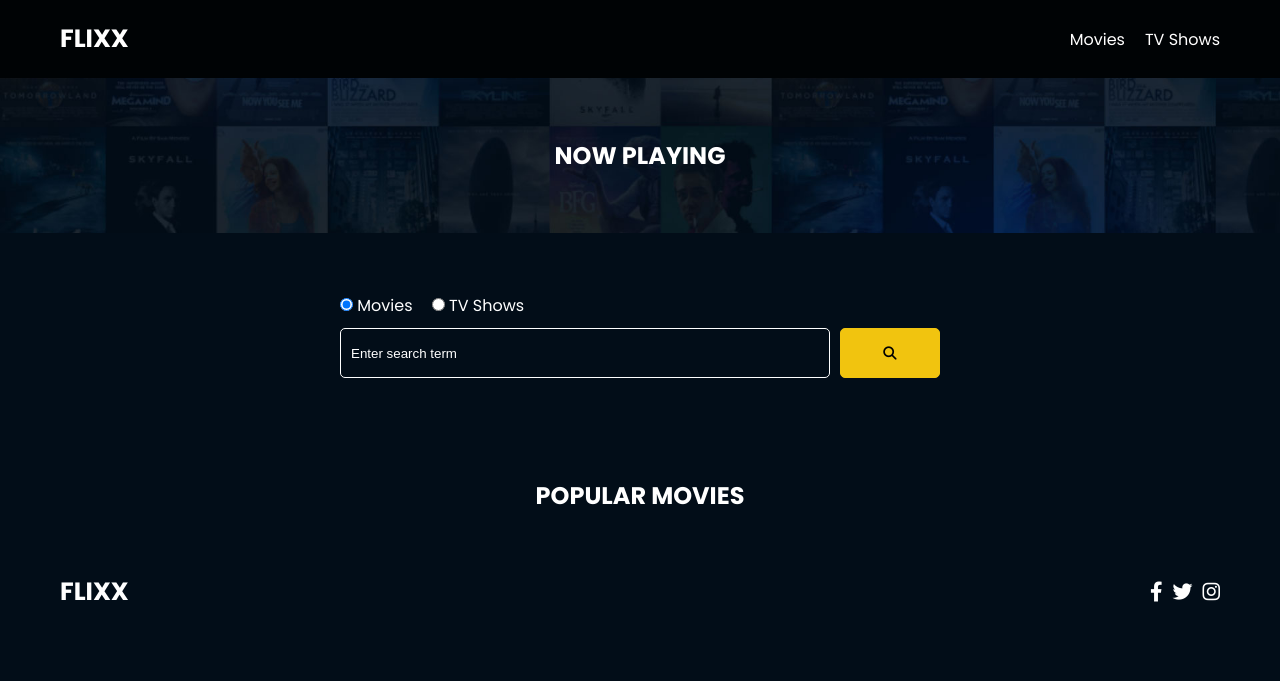
Repository: Fariadd/Vanilla-JS
Page: index.html
The author's editor kept a copy of each file at every save. The page is drawn from the files as they stood at one save, then again after a run of saves.
The browser window is 1280 px wide. The pictures show the whole page.
The page's requests for data from a server got no answer.

Above is the page before, as saved 2024-09-27 23:59:02.

### index.html
<!DOCTYPE html>
<html lang="en">
  <head>
    <meta charset="UTF-8" />
    <meta http-equiv="X-UA-Compatible" content="IE=edge" />
    <meta name="viewport" content="width=device-width, initial-scale=1.0" />
    <link rel="preconnect" href="https://fonts.googleapis.com" />
    <link rel="preconnect" href="https://fonts.gstatic.com" crossorigin />
    <link
      href="https://fonts.googleapis.com/css2?family=Poppins:wght@300;400;700&display=swap"
      rel="stylesheet"
    />
    <link rel="stylesheet" href="lib/swiper.css" />
    <link rel="stylesheet" href="lib/fontawesome.css" />
    <link rel="stylesheet" href="css/style.css" />
    <link rel="stylesheet" href="css/spinner.css" />
    <script src="lib/swiper.js"></script>
    <script src="js/script.js" defer></script>
    <title>Flixx</title>
  </head>
  <body>
    <header class="main-header">
      <div class="container">
        <div class="logo"><a href="/">FLIXX</a></div>
        <nav>
          <ul>
            <li>
              <a class="nav-link" href="/">Movies</a>
            </li>
            <li>
              <a class="nav-link" href="/shows.html">TV Shows</a>
            </li>
          </ul>
        </nav>
      </div>
    </header>

    <!-- Now Playing Section -->
    <section class="now-playing">
      <h2>Now Playing</h2>
      <div class="swiper">
        <div class="swiper-wrapper"></div>
      </div>
    </section>

    <!-- Search Movies -->
    <section class="search">
      <div class="container">
        <div id="alert"></div>
        <form action="/search.html" class="search-form">
          <!-- movies and shows radio box -->
          <div class="search-radio">
            <input type="radio" id="movie" name="type" value="movie" checked />
            <label for="movies">Movies</label>
            <input type="radio" id="tv" name="type" value="tv" />
            <label for="shows">TV Shows</label>
          </div>
          <div class="search-flex">
            <input
              type="text"
              name="search-term"
              id="search-term"
              placeholder="Enter search term"
            />
            <button class="btn" type="submit">
              <i class="fas fa-search"></i>
            </button>
          </div>
        </form>
      </div>
    </section>

    <!-- Popular Movies -->
    <section class="container">
      <h2>Popular Movies</h2>
      <div id="popular-movies" class="grid"></div>
    </section>

    <!-- Footer -->
    <footer class="main-footer">
      <div class="container">
        <div class="logo"><span>FLIXX</span></div>
        <div class="social-links">
          <a href="https://www.facebook.com" target="_blank"
            ><i class="fab fa-facebook-f"></i
          ></a>
          <a href="https://www.twitter.com" target="_blank"
            ><i class="fab fa-twitter"></i
          ></a>
          <a href="https://www.instagram.com" target="_blank"
            ><i class="fab fa-instagram"></i
          ></a>
        </div>
      </div>
    </footer>

    <div class="spinner"></div>
  </body>
</html>

### css/style.css
*,
*::before,
*::after {
  box-sizing: border-box;
  padding: 0;
  margin: 0;
}

:root {
  --color-primary: #020d18;
  --color-secondary: #f1c40f;
}

body {
  font-family: 'Poppins', sans-serif;
  font-size: 16px;
  background: var(--color-primary);
  color: #fff;
  overflow-x: hidden;
}

a {
  color: #fff;
  text-decoration: none;
}

ul {
  list-style: none;
}

.text-primary {
  color: var(--color-secondary);
}

.text-secondary {
  color: var(--color-secondary);
}

.active {
  color: var(--color-secondary);
  font-weight: 700;
}

.back {
  margin-top: 30px;
}

.btn {
  display: inline-block;
  padding: 0.5rem 1rem;
  border: 1px solid var(--color-secondary);
  border-radius: 5px;
  color: #fff;
  cursor: pointer;
  background: transparent;
  transition: all 0.3s ease-in-out;
}

.btn:hover {
  background: var(--color-secondary);
  color: #000;
}

.btn:disabled {
  border-color: #ccc;
  cursor: not-allowed;
}

.btn:disabled:hover {
  background: transparent;
  color: #fff;
}

.container {
  max-width: 1200px;
  width: 100%;
  margin: 0 auto;
  padding: 0 20px;
}

.main-header .container {
  display: flex;
  justify-content: space-between;
  align-items: center;
  padding: 0 20px;
}

.main-header {
  padding: 20px 0;
  background: rgba(0, 0, 0, 0.8);
}

.main-header .logo {
  color: #fff;
  font-size: 25px;
  font-weight: 700;
  text-transform: uppercase;
}

.main-header ul {
  display: flex;
}

.main-header ul li {
  margin-left: 20px;
}

.main-header ul li a {
  font-size: 16px;
}

.main-header ul li a:hover {
  color: var(--color-secondary);
}

/* Grid */
.grid {
  display: grid;
  grid-template-columns: repeat(auto-fit, minmax(250px, 1fr));
  grid-gap: 20px;
}

/* Card */
.card {
  background: #04376b;
  padding: 5px;
}

.card img {
  width: 100%;
}

.card-body {
  padding: 10px;
  font-size: 20px;
}

.card:hover {
  transform: scale(1.05);
  transition: all 0.5s ease-in-out;
  background: #0a4b8f;
}

/* Footer */
.main-footer {
  background: #020d18;
  padding: 20px 0;
  margin-top: 20px;
}

.main-footer .container {
  display: flex;
  justify-content: space-between;
  align-items: center;
}
.main-footer .container .logo {
  color: #fff;
  font-size: 25px;
  font-weight: 700;
  text-transform: uppercase;
}

.main-footer .container .social-links {
  display: flex;
  font-size: 20px;
}

.main-footer .container .social-links a {
  margin-left: 10px;
  color: #fff;
}

.main-footer .container .social-links a:hover {
  color: var(--color-secondary);
}

/* Section: Now Playing */

section.now-playing {
  padding: 40px;
  background: url(../images/showcase-bg.jpg) no-repeat center center/cover;
}

section h2 {
  margin: 20px 0;
  text-align: center;
  text-transform: uppercase;
}

/* Slider */
.swiper {

  width: 100%;
  height: 50%;
}

.swiper-slide {
  text-align: center;
  font-size: 18px;
  background: var(--color-primary);
  display: flex;
  flex-direction: column;
  justify-content: center;
  align-items: center;
}

.swiper-slide img {
  display: block;
  width: 100%;
  height: 100%;
  object-fit: cover;
}

.swiper-rating {
  padding: 10px;
}

/* Movie Details */
.details-top {
  display: flex;
  justify-content: space-between;
  align-items: center;
  margin: 50px 0 30px;
}

.details-top img {
  width: 400px;
  height: 100%;
  margin-right: 60px;
  object-fit: cover;
}

.details-top p {
  margin: 20px 0;
}

.details-top .btn {
  margin-top: 20px;
}

.details-bottom li {
  margin: 15px 0;
  padding-bottom: 8px;
  border-bottom: 1px solid #fff;
  border-color: rgba(255, 255, 255, 0.1);
}

/* Search */
.search {
  padding: 60px;
  margin-bottom: 40px;
}

.search .container {
  display: flex;
  justify-content: center;
  align-items: center;
  flex-direction: column;
}

.search .container h2 {
  margin-bottom: 20px;
}

.search .container form {
  width: 100%;
  max-width: 600px;
}

.search-radio label {
  margin-right: 15px;
}

.search-flex {
  display: flex;
  justify-content: space-between;
  align-items: center;
  margin-top: 10px;
}

.search .container form input[type='text'] {
  flex: 6;
  width: 100%;
  height: 50px;
  padding: 10px;
  margin-right: 10px;
  border: 1px solid #fff;
  border-radius: 5px;
  background: transparent;
  color: #fff;
}

.search .container form input[type='text']::placeholder {
  color: #fff;
}

.search .container form input[type='text']:focus {
  outline: none;
}

.search .container form button {
  flex: 1;
  display: block;
  width: 100%;
  padding: 10px;
  border-radius: 5px;
  height: 50px;
  cursor: pointer;
  background: var(--color-secondary);
  color: #000;
}

.search .container form button:hover {
  background: transparent;
  color: #fff;
}

.pagination {
  margin-top: 20px;
}

.page-counter {
  margin-top: 10px;
}

/* Alert */
.alert {
  background: red;
  padding: 10px 20px;
  margin-bottom: 20px;
  border-radius: 5px;
}

.alert-success {
  background: green;
}

.alert-error {
  background: red;
}

### css/spinner.css
/* Spinner From: https://codepen.io/tbrownvisuals/pen/edGYvx */
.spinner {
  position: fixed;
  z-index: 999;
  height: 2em;
  width: 2em;
  overflow: show;
  margin: auto;
  top: 0;
  left: 0;
  bottom: 0;
  right: 0;
  display: none;
}

.show {
  display: block;
}

/* Transparent Overlay */
.spinner:before {
  content: '';
  display: block;
  position: fixed;
  top: 0;
  left: 0;
  width: 100%;
  height: 100%;
  background: radial-gradient(rgba(20, 20, 20, 0.8), rgba(0, 0, 0, 0.8));

  background: -webkit-radial-gradient(
    rgba(20, 20, 20, 0.8),
    rgba(0, 0, 0, 0.8)
  );
}

/* :not(:required) hides these rules from IE9 and below */
.spinner:not(:required) {
  /* hide "loading..." text */
  font: 0/0 a;
  color: transparent;
  text-shadow: none;
  background-color: transparent;
  border: 0;
}

.spinner:not(:required):after {
  content: '';
  display: block;
  font-size: 10px;
  width: 1em;
  height: 1em;
  margin-top: -0.5em;
  -webkit-animation: spinner 150ms infinite linear;
  -moz-animation: spinner 150ms infinite linear;
  -ms-animation: spinner 150ms infinite linear;
  -o-animation: spinner 150ms infinite linear;
  animation: spinner 150ms infinite linear;
  border-radius: 0.5em;
  -webkit-box-shadow: rgba(255, 255, 255, 0.75) 1.5em 0 0 0,
    rgba(255, 255, 255, 0.75) 1.1em 1.1em 0 0,
    rgba(255, 255, 255, 0.75) 0 1.5em 0 0,
    rgba(255, 255, 255, 0.75) -1.1em 1.1em 0 0,
    rgba(255, 255, 255, 0.75) -1.5em 0 0 0,
    rgba(255, 255, 255, 0.75) -1.1em -1.1em 0 0,
    rgba(255, 255, 255, 0.75) 0 -1.5em 0 0,
    rgba(255, 255, 255, 0.75) 1.1em -1.1em 0 0;
  box-shadow: rgba(255, 255, 255, 0.75) 1.5em 0 0 0,
    rgba(255, 255, 255, 0.75) 1.1em 1.1em 0 0,
    rgba(255, 255, 255, 0.75) 0 1.5em 0 0,
    rgba(255, 255, 255, 0.75) -1.1em 1.1em 0 0,
    rgba(255, 255, 255, 0.75) -1.5em 0 0 0,
    rgba(255, 255, 255, 0.75) -1.1em -1.1em 0 0,
    rgba(255, 255, 255, 0.75) 0 -1.5em 0 0,
    rgba(255, 255, 255, 0.75) 1.1em -1.1em 0 0;
}

/* Animation */

@-webkit-keyframes spinner {
  0% {
    -webkit-transform: rotate(0deg);
    -moz-transform: rotate(0deg);
    -ms-transform: rotate(0deg);
    -o-transform: rotate(0deg);
    transform: rotate(0deg);
  }
  100% {
    -webkit-transform: rotate(360deg);
    -moz-transform: rotate(360deg);
    -ms-transform: rotate(360deg);
    -o-transform: rotate(360deg);
    transform: rotate(360deg);
  }
}
@-moz-keyframes spinner {
  0% {
    -webkit-transform: rotate(0deg);
    -moz-transform: rotate(0deg);
    -ms-transform: rotate(0deg);
    -o-transform: rotate(0deg);
    transform: rotate(0deg);
  }
  100% {
    -webkit-transform: rotate(360deg);
    -moz-transform: rotate(360deg);
    -ms-transform: rotate(360deg);
    -o-transform: rotate(360deg);
    transform: rotate(360deg);
  }
}
@-o-keyframes spinner {
  0% {
    -webkit-transform: rotate(0deg);
    -moz-transform: rotate(0deg);
    -ms-transform: rotate(0deg);
    -o-transform: rotate(0deg);
    transform: rotate(0deg);
  }
  100% {
    -webkit-transform: rotate(360deg);
    -moz-transform: rotate(360deg);
    -ms-transform: rotate(360deg);
    -o-transform: rotate(360deg);
    transform: rotate(360deg);
  }
}
@keyframes spinner {
  0% {
    -webkit-transform: rotate(0deg);
    -moz-transform: rotate(0deg);
    -ms-transform: rotate(0deg);
    -o-transform: rotate(0deg);
    transform: rotate(0deg);
  }
  100% {
    -webkit-transform: rotate(360deg);
    -moz-transform: rotate(360deg);
    -ms-transform: rotate(360deg);
    -o-transform: rotate(360deg);
    transform: rotate(360deg);
  }
}

### js/script.js
const global = {
  currentPage: window.location.pathname,
};

// Fetch async from TMDB API
async function fetchAPIData(endpoint) {
  const API_KEY = "bd70981f390c8eed299ffebd020b3da9";
  const API_URL = "https://api.themoviedb.org/3/";

  const response = await fetch(
    `${API_URL}${endpoint}?api_key=${API_KEY}&language=en-US`
  );

  const data = await response.json();

  return data;
}

// highlight active link to yellow

function highlightActiveLink() {
  const links = document.querySelectorAll(".nav-link");
  links.forEach((link) => {
    if (link.getAttribute("href") === global.currentPage) {
      link.classList.add("active");
    }
  });
}

///
async function displayPopularMovies() {
  const { results } = await fetchAPIData("movie/popular");
  results.forEach((movie) => {
    const div = document.createElement("div");
    div.classList.add("card");
    div.innerHTML = `
          <a href="movie-details.html?id=${movie.id}">
           ${
             movie.poster_path
               ? ` <img
              src="https://image.tmdb.org/t/p/w500${movie.poster_path}"
              class="card-img-top"
              alt="${movie.title}"
            />`
               : ` <img
              src="images/no-image.jpg"
              class="card-img-top"
              alt=${movie.title}/>`
           }

          </a>
          <div class="card-body">
            <h5 class="card-title">${movie.title}</h5>
            <p class="card-text">
              <small class="text-muted">Release: ${movie.release_date}</small>
            </p>
          </div>
    `;
    document.querySelector("#popular-movies").appendChild(div);
  });
}
// display movie deatails
async function displayMovieDetails() {
  const mvoieId = window.location.search.split("=")[1];

  const movie = await fetchAPIData(`movie/${mvoieId}`);

  const div = document.createElement("div");
  div.innerHTML = `
    <div class="details-top">
          <div>
             ${
               movie.poster_path
                 ? ` <img
              src="https://image.tmdb.org/t/p/w500${movie.poster_path}"
              class="card-img-top"
              alt="${movie.title}"
            />`
                 : ` <img
              src="images/no-image.jpg"
              class="card-img-top"
              alt=${movie.title}/>`
             }
          </div>
          <div>
            <h2>${movie.title}</h2>
            <p>
              <i class="fas fa-star text-primary"></i>
              ${movie.vote_average.toFixed(1)}
            </p>
            <p class="text-muted">Release Date: ${movie.release_date} </p>
            <p>
           ${movie.overview}
            </p>
            <h5>Genres</h5>
            <ul class="list-group">
             ${movie.genres.map((item) => `<li>${item.name}</li>`).join(" ")}
            </ul>
            <a href="${
              movie.homepage
            }" target="_blank" class="btn">Visit Movie Homepage</a>
          </div>
        </div>
        <div class="details-bottom">
          <h2>Movie Info</h2>
          <ul>
            <li><span class="text-secondary">Budget:</span> ${addCommans(
              movie.budget
            )}</li>
            <li><span class="text-secondary">Revenue:</span> ${addCommans(
              movie.revenue
            )}</li>
            <li><span class="text-secondary">Runtime:</span> ${
              movie.runtime
            } minutes</li>
            <li><span class="text-secondary">Status:</span> ${
              movie.release_date
            }</li>
          </ul>
          <h4>Production Companies</h4>
          <div class="list-group">${movie.production_companies.map(
            (company) => `<span>${company.name}</span>`
          )}</div>
        </div>
  `;
  document.querySelector("#movie-details").appendChild(div);
}

// show details
async function displayShowDetails() {
  const showId = window.location.search.split("=")[1];

  const show = await fetchAPIData(`tv/${showId}`);

  const div = document.createElement("div");
  div.innerHTML = `
      <div class="details-top">
            <div>
               ${
                 show.poster_path
                   ? ` <img
                src="https://image.tmdb.org/t/p/w500${show.poster_path}"
                class="card-img-top"
                alt="${show.name}"
              />`
                   : ` <img
                src="images/no-image.jpg"
                class="card-img-top"
                alt=${show.name}/>`
               }
            </div>
            <div>
              <h2>${show.title}</h2>
              <p>
                <i class="fas fa-star text-primary"></i>
                ${show.vote_average.toFixed(1)}
              </p>
              <p class="text-muted">Release Date: ${show.last_air_date} </p>
              <p>
             ${show.overview}
              </p>
              <h5>Genres</h5>
              <ul class="list-group">
               ${show.genres.map((item) => `<li>${item.name}</li>`).join(" ")}
              </ul>
              <a href="${
                show.homepage
              }" target="_blank" class="btn">Visit Movie Homepage</a>
            </div>
          </div>
          <div class="details-bottom">
            <h2>Movie Info</h2>
            <ul>
              <li><span class="text-secondary">episodes</span>
              ${show.number_of_episodes}</li>
            </ul>
            <h4>Production Companies</h4>
            <div class="list-group">${show.production_companies.map(
              (company) => `<span>${company.name}</span>`
            )}</div>
          </div>
    `;
  document.querySelector("#show-details").appendChild(div);
}

// display 20 most tv show
async function displayPopularShows() {
  const { results } = await fetchAPIData("tv/popular");

  results.forEach((show) => {
    const div = document.createElement("div");
    div.classList.add("card");
    div.innerHTML = `
            <a href="tv-details.html?id=${show.id}">
             ${
               show.poster_path
                 ? ` <img
                src="https://image.tmdb.org/t/p/w500${show.poster_path}"
                class="card-img-top"
                alt="${show.name}"
              />`
                 : ` <img
                src="images/no-image.jpg"
                class="card-img-top"
                alt="${show.name}" />`
             }

            </a>
            <div class="card-body">
              <h5 class="card-title">${show.name}</h5>
              <p class="card-text">
                <small class="text-muted">Release: ${
                  show.first_air_date
                }</small>
              </p>
            </div>
      `;
    document.querySelector("#popular-shows").appendChild(div);
  });
}

// display slider movies
async function displaySlider() {
  const { results } = await fetchAPIData("movie/now_playing");

  results.forEach((movie) => {
    const div = document.createElement("div");
    div.classList.add("swiper-slide");
    div.innerHTML = `
            <a href="movie-details.html?id=${movie.id}">
              <img src="http://tmdb.org/t/p/w500${movie.poster_path}" alt="${movie.title}" />
            </a>
            <h4 class="swiper-rating">
              <i class="fas fa-star text-secondary"></i>${movie.vote_average} / 10
            </h4> `;
    document.querySelector(".swiper-wrapper").appendChild(div);
    initSwiper();
  });
}
function initSwiper() {
  const swiper = new Swiper(".swiper", {
    slidesPerview: 1,
    spaceBetween: 30,
    freeMode: true,
    lopp: true,
    autoplay: {
      delay: 4000,
      disableOnInteraction: false,
    },
    breakpoints: {
      500: {
        slidesPerview: 2,
      },
      700: {
        slidesPerview: 3,
      },
      1200: {
        slidesPerview: 4,
      },
    },
  });
}

function initSwiper() {
  const swiper = new Swiper(".swiper", {
    slidesPerView: 1,
    spaceBetween: 30,
    freeMode: true,
    loop: true,
    autoplay: {
      delay: 4000,
      disableOnInteraction: false,
    },
    breakpoints: {
      500: {
        slidesPerView: 2,
      },
      700: {
        slidesPerView: 3,
      },
      1200: {
        slidesPerView: 4,
      },
    },
  });
}

// get the popular movies

function init() {
  switch (global.currentPage) {
    case "/":
    case "/index.html":
      displaySlider();
      displayPopularMovies();

      break;
    case "/shows.html":
      displayPopularShows();
      break;
    case "/movie-details.html":
      displayMovieDetails();
      break;
    case "/tv-details.html":
      displayShowDetails();
      break;
    case "/search.html":
      console.log("search ");
      break;

    default:
      console.log("Page not found");
  }
  highlightActiveLink();
}
document.addEventListener("DOMContentLoaded", init);

function addCommans(number) {
  return number.toString().replace(/\B(?=(\d{3})+(?!\d))/g, ",");
}

Loaded but not shown: lib/swiper.css (library); lib/fontawesome.css (library); lib/swiper.js (library)

After the next 2 saves:
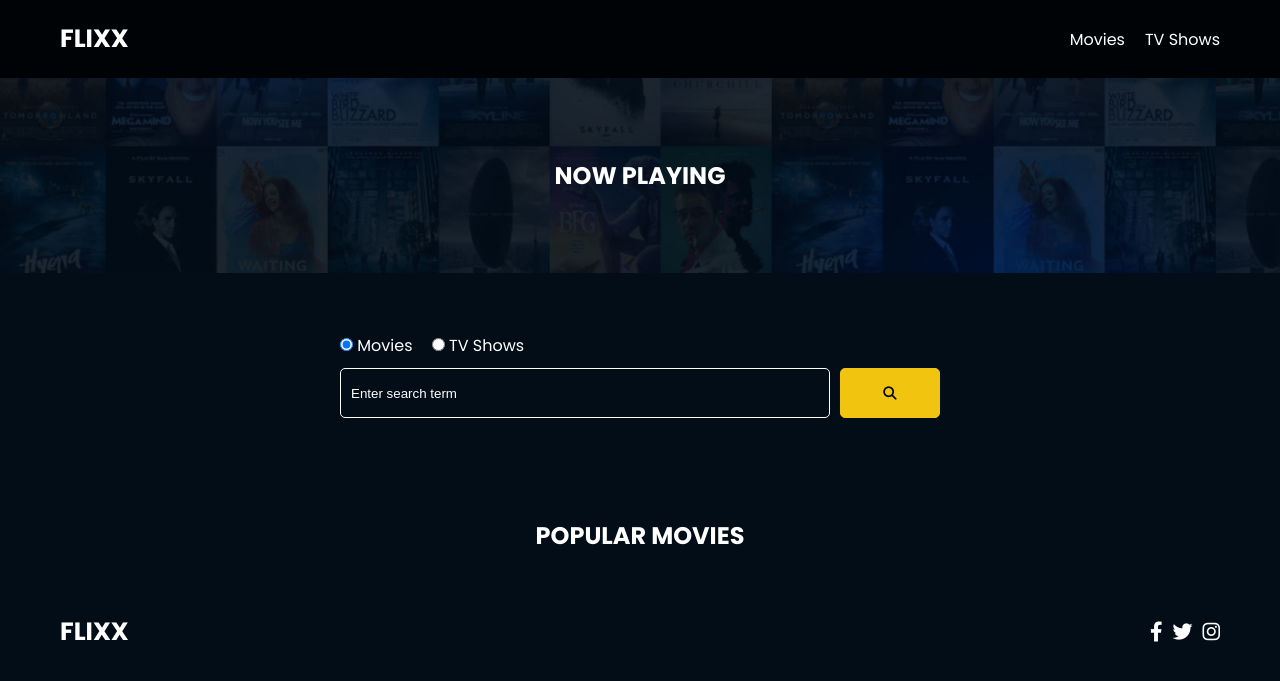
The 2 saves are shown as one change because they came seconds apart.
The last was saved 6 s later.
--- a/css/style.css
+++ b/css/style.css
@@ -177,7 +177,7 @@
 /* Section: Now Playing */
 
 section.now-playing {
-  padding: 40px;
+  padding: 60px;
   background: url(../images/showcase-bg.jpg) no-repeat center center/cover;
 }
 
